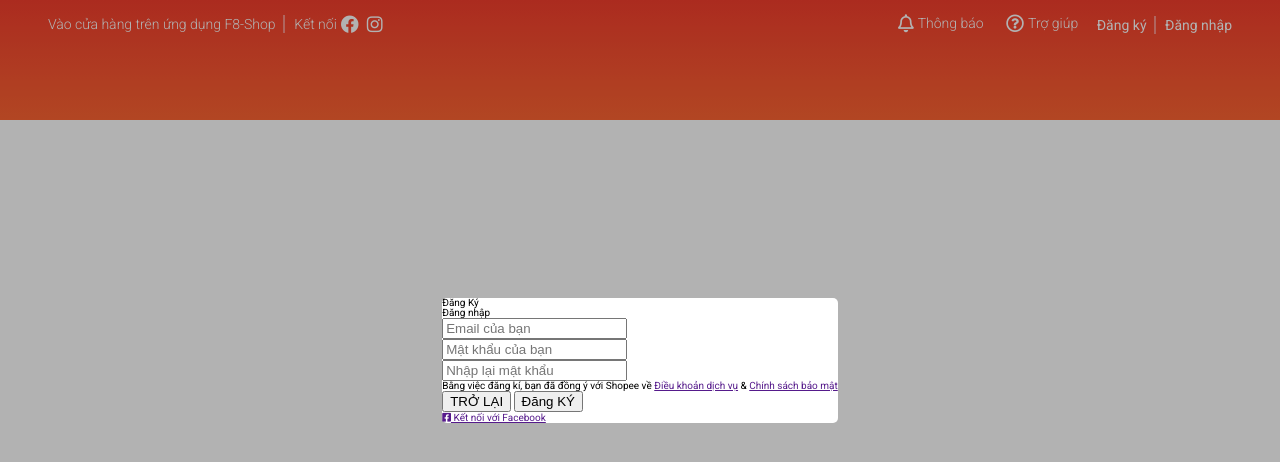
Repository: vanntrong/F8-Shop
Page: index.html
The author's editor kept a copy of each file at every save. The page is drawn from the files as they stood at one save, then again after the next save.
The browser window is 1280 px wide. The pictures show the whole page.

Above is the page before, as saved 2021-09-01 19:50:21.

### index.html
<!DOCTYPE html>
<html lang="en">
  <head>
    <meta charset="UTF-8" />
    <meta http-equiv="X-UA-Compatible" content="IE=edge" />
    <meta name="viewport" content="width=device-width, initial-scale=1.0" />
    <title>Document</title>
    <link rel="stylesheet" href="./assets/css/reset.css" />
    <link rel="stylesheet" href="./assets/css/base.css" />
    <link rel="stylesheet" href="./assets/css/main.css" />
    <link href="https://fonts.googleapis.com/css2?family=Roboto:wght@300;400;500;700&display=swap" rel="stylesheet" />
    <link
      rel="stylesheet"
      href="./assets/fonts/fontawesome-free-5.15.4-web/fontawesome-free-5.15.4-web/css/all.min.css"
    />
  </head>
  <body>
    <div class="app">
      <header class="header">
        <div class="grid">
          <nav class="header__navbar">
            <ul class="header__navbar-list">
              <li class="header__navbar-item header__navbar-item--has-qr header__navbar-item--separate">
                Vào cửa hàng trên ứng dụng F8-Shop
                <div class="header__qr">
                  <img src="./assets/img/QR_code.png" alt="QR code" class="header__qr-img" />
                  <div class="header__qr-apps">
                    <a href="" class="header__qr-link">
                      <img src="./assets/img/google_play.png" alt="GooglePlay" class="header__qr-download-img" />
                    </a>
                    <a href="" class="header__qr-link">
                      <img src="./assets/img/app_store.png" alt="AppStore" class="header__qr-download-img" />
                    </a>
                  </div>
                </div>
              </li>
              <li class="header__navbar-item">
                <span class="header__navbar-item--no-pointer"> Kết nối </span>
                <a href="#" class="header__navbar-icon-link">
                  <i class="header__navbar-icon fab fa-facebook"></i>
                </a>
                <a href="#" class="header__navbar-icon-link">
                  <i class="header__navbar-icon fab fab fa-instagram"></i>
                </a>
              </li>
            </ul>

            <ul class="header__navbar-list">
              <li class="header__navbar-item header__navbar-item--has-notify">
                <a href="#" class="header__navbar-item-link">
                  <i class="header__navbar-icon far fa-bell"></i>
                  Thông báo
                </a>
                <div class="header__notify">
                  <header class="header__notify-header">
                    <h3>Thông Báo Mới Nhận</h3>
                  </header>
                  <ul class="header__notify-list">
                    <li class="header__notify-item header__notify-item--viewed">
                      <a href="#" class="header__notify-link">
                        <img
                          src="https://cf.shopee.vn/file/70488a103a5ecdbf5889822acd19ef14"
                          alt=""
                          class="header__notify-img"
                        />
                        <div class="header__notify-info">
                          <span class="header__notify-name"> Xác thực chính hãng nguồn gốc các sản phẩm Ohui </span>
                          <span class="header__notify-desc">
                            HiddenTag là giải pháp xác thực hàng chính hãng bằng công nghệ tiên tiến nhất hiện nay
                          </span>
                        </div>
                      </a>
                    </li>
                    <li class="header__notify-item header__notify-item--viewed">
                      <a href="#" class="header__notify-link">
                        <img
                          src="https://cf.shopee.vn/file/70488a103a5ecdbf5889822acd19ef14"
                          alt=""
                          class="header__notify-img"
                        />
                        <div class="header__notify-info">
                          <span class="header__notify-name"> Mỹ phẩm Ohui chính hãng </span>
                          <span class="header__notify-desc"> Mô tả mỹ phẩm Ohui chính hãng </span>
                        </div>
                      </a>
                    </li>
                    <li class="header__notify-item header__notify-item--viewed">
                      <a href="#" class="header__notify-link">
                        <img
                          src="https://cf.shopee.vn/file/70488a103a5ecdbf5889822acd19ef14"
                          alt=""
                          class="header__notify-img"
                        />
                        <div class="header__notify-info">
                          <span class="header__notify-name"> Mỹ phẩm Ohui chính hãng </span>
                          <span class="header__notify-desc"> Mô tả mỹ phẩm Ohui chính hãng </span>
                        </div>
                      </a>
                    </li>
                    <li class="header__notify-item header__notify-item--viewed">
                      <a href="#" class="header__notify-link">
                        <img
                          src="https://cf.shopee.vn/file/70488a103a5ecdbf5889822acd19ef14"
                          alt=""
                          class="header__notify-img"
                        />
                        <div class="header__notify-info">
                          <span class="header__notify-name"> Mỹ phẩm Ohui chính hãng </span>
                          <span class="header__notify-desc"> Mô tả mỹ phẩm Ohui chính hãng </span>
                        </div>
                      </a>
                    </li>
                    <li class="header__notify-item header__notify-item--viewed">
                      <a href="#" class="header__notify-link">
                        <img
                          src="https://cf.shopee.vn/file/70488a103a5ecdbf5889822acd19ef14"
                          alt=""
                          class="header__notify-img"
                        />
                        <div class="header__notify-info">
                          <span class="header__notify-name"> Mỹ phẩm Ohui chính hãng </span>
                          <span class="header__notify-desc"> Mô tả mỹ phẩm Ohui chính hãng </span>
                        </div>
                      </a>
                    </li>
                  </ul>
                  <footer class="header__notify-footer">
                    <a href="" class="header__notify-footer-btn">Xem tất cả</a>
                  </footer>
                </div>
              </li>
              <li class="header__navbar-item">
                <a href="#" class="header__navbar-item-link">
                  <i class="header__navbar-icon far fa-question-circle"></i>
                  Trợ giúp
                </a>
              </li>
              <li class="header__navbar-item header__navbar-item--strong header__navbar-item--separate">Đăng ký</li>
              <li class="header__navbar-item header__navbar-item--strong">Đăng nhập</li>
            </ul>
          </nav>
        </div>
      </header>

      <div class="container"></div>

      <footer class="footer"></footer>
    </div>

    <!-- modal layout -->
    <div class="modal">
      <div class="modal__overplay"></div>

      <div class="modal__body">
        <div class="modal__inner">
          <!-- authen form -->
          <div class="auth-form">
            <div class="auth-form__header">
              <h3 class="auth-form__heading">Đăng Ký</h3>
              <span class="auth-form__switch-btn">Đăng nhập</span>
            </div>

            <div class="auth-form__form">
              <div class="auth-form__group">
                <input type="text" class="auth-form__input" placeholder="Email của bạn" />
              </div>
              <div class="auth-form__group">
                <input type="password" class="auth-form__input" placeholder="Mật khẩu của bạn" />
              </div>
              <div class="auth-form__group">
                <input type="password" class="auth-form__input" placeholder="Nhập lại mật khẩu" />
              </div>
            </div>

            <div class="auth-form__aside">
              <p class="auth-form__policy-text">
                Bằng việc đăng kí, bạn đã đồng ý với Shopee về
                <a href="" class="auth-form__policy-link">Điều khoản dịch vụ</a> &
                <a href="" class="auth-form__policy-link"> Chính sách bảo mật</a>
              </p>
            </div>

            <div class="auth-form__control">
              <button class="btn">TRỞ LẠI</button>
              <button class="btn btn--primary">Đăng KÝ</button>
            </div>

            <div class="auth-form__socials">
              <a href="" class="btn btn--with-icon">
                <i class="fab fa-facebook-square"></i>
                Kết nối với Facebook
              </a>
            </div>
          </div>
        </div>
      </div>
    </div>
  </body>
</html>

### assets/css/base.css
:root {
  --white-color: #fff;
  --black-color: #000;
  --text-color: #333;
  --primary-color: #ee4d2d;
}

* {
  box-sizing: inherit;
}

html {
  font-size: 62.5%;
  line-height: 1.6rem;
  font-family: "Roboto", sans-serif;
  box-sizing: border-box;
}

.grid {
  width: 1200px;
  max-width: 100%;
  margin: 0 auto;
}

.grid__full-width {
  width: 100%;
}

.grid__row {
  display: flex;
  flex-wrap: wrap;
}

/* animation */
@keyframes faceIn {
  from {
    opacity: 0;
  }
  to {
    opacity: 1;
  }
}

/* modal */
.modal {
  position: fixed;
  top: 0;
  right: 0;
  bottom: 0;
  left: 0;
  display: flex;
}

.modal__overplay {
  position: absolute;
  width: 100%;
  height: 100%;
  background-color: rgba(0, 0, 0, 0.3);
}

.modal__body {
  background-color: var(--white-color);
  margin: auto;
  z-index: 1;
  border-radius: 5px;
}

### assets/css/main.css
.header {
  height: 12rem;
  background-image: linear-gradient(0, #fe6432, #f53e2d);
}

.header__navbar {
  display: flex;
  align-items: center;
  justify-content: space-between;
}

.header__navbar-list {
  list-style: none;
}

.header__navbar-item {
  min-height: 2.6rem;
  margin: 1rem 0.8rem 0;
  position: relative;
}

.header__navbar-item,
.header__navbar-item-link {
  display: inline-block;
  font-size: 1.4rem;
  color: var(--white-color);
  text-decoration: none;
  font-weight: 300;
}

.header__navbar-item,
.header__navbar-item-link,
.header__navbar-icon-link {
  display: inline-flex;
  align-items: center;
}

.header__navbar-item:hover,
.header__navbar-icon-link:hover,
.header__navbar-item-link:hover {
  cursor: pointer;
  color: rgba(255, 255, 255, 0.7);
}

.header__navbar-item--strong {
  font-weight: 400;
}

.header__navbar-item--separate::after {
  content: "";
  display: block;
  position: absolute;
  border: 1px solid #fb9086;
  height: 1.6rem;
  right: -0.9rem;
  top: 50%;
  transform: translateY(-50%);
}

.header__navbar-icon-link {
  color: var(--white-color);
  text-decoration: none;
}

.header__navbar-icon {
  font-size: 1.8rem;
  margin: 0 0.4rem;
}

.header__navbar-item--no-pointer {
  cursor: text;
  color: var(--white-color);
}

/* header QR code */
.header__qr {
  width: 18.6rem;
  background-color: var(--white-color);
  position: absolute;
  left: 0;
  top: 140%;
  border-radius: 2px;
  display: none;
  animation: faceIn ease-in 0.25s;
}

.header__qr::before {
  position: absolute;
  left: 0;
  top: -1.6rem;
  width: 100%;
  height: 2rem;
  content: "";
  display: block;
}

.header__navbar-item--has-qr:hover .header__qr {
  display: block;
}

.header__navbar-item--has-notify:hover .header__notify {
  display: block;
}
.header__qr-img {
  width: 100%;
}
.header__qr-apps {
  display: flex;
  justify-content: space-between;
  flex-wrap: wrap;
  margin: 0 1rem;
}
.header__qr-download-img {
  height: 1.6rem;
}

/* header notification */
.header__notify {
  position: absolute;
  top: 140%;
  right: 0;
  width: 40.4rem;
  border: 1px solid #d3d3d3;
  background-color: var(--white-color);
  cursor: default;
  transform-origin: calc(100% - 20px) top;
  animation: headerNotifyGrowth ease-in 0.2s;
  -webkit-animation: headerNotifyGrowth ease-in 0.2s;
  will-change: opacity, transform;
  display: none;
}

.header__notify::before {
  content: "";
  border-width: 20px 28px;
  border-style: solid;
  border-color: transparent transparent var(--white-color) transparent;
  position: absolute;
  right: 4px;
  top: -30px;
}

.header__notify::after {
  content: "";
  display: block;
  position: absolute;
  right: 0;
  top: -16px;
  width: 90px;
  height: 20px;
}

@keyframes headerNotifyGrowth {
  from {
    opacity: 0;
    transform: scale(0);
  }
  to {
    opacity: 1;
    transform: scale(1);
  }
}
.header__notify-header {
  height: 4rem;
  background-color: var(--white-color);
}
.header__notify-header h3 {
  color: #999;
  margin: 0 0 0 12px;
  font-weight: 400;
  font-size: 1.4rem;
  line-height: 40px;
  -webkit-user-select: none;
}
.header__notify-list {
  padding-left: 0;
}
.header__notify-item {
}

.header__notify-item--viewed {
  background-color: rgba(238, 77, 45, 0.08);
}
.header__notify-item:hover {
  background-color: #f7f7f7;
}
.header__notify-link {
  width: 100%;
  display: flex;
  padding: 12px;
  text-decoration: none;
}
.header__notify-img {
  width: 48px;
  object-fit: contain;
}
.header__notify-info {
  margin-left: 12px;
}
.header__notify-name {
  display: block;
  font-size: 1.4rem;
  color: var(--text-color);
  font-weight: 400;
  line-height: 1.8rem;
}
.header__notify-desc {
  margin-top: 8px;
  display: block;
  font-size: 1.2rem;
  line-height: 1.6rem;
  color: #756f6e;
}

.header__notify-footer {
  text-align: center;
  padding: 14px 0;
}

.header__notify-footer-btn {
  display: block;
  width: 100%;
  font-weight: 400;
  color: var(--text-color);
  text-decoration: none;
}

Loaded but not shown: assets/css/reset.css (common file); assets/fonts/fontawesome-free-5.15.4-web/fontawesome-free-5.15.4-web/css/all.min.css (library)

After the next save:
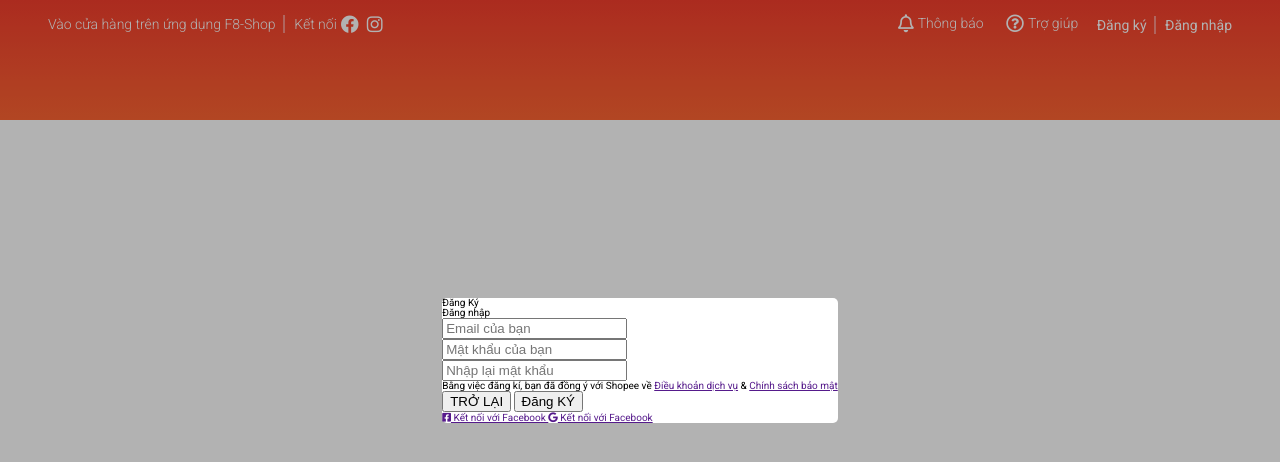
Saved 83 s later.
--- a/index.html
+++ b/index.html
@@ -190,6 +190,10 @@
                 <i class="fab fa-facebook-square"></i>
                 Kết nối với Facebook
               </a>
+              <a href="" class="btn btn--with-icon">
+                <i class="fab fa-google"></i>
+                Kết nối với Facebook
+              </a>
             </div>
           </div>
         </div>
